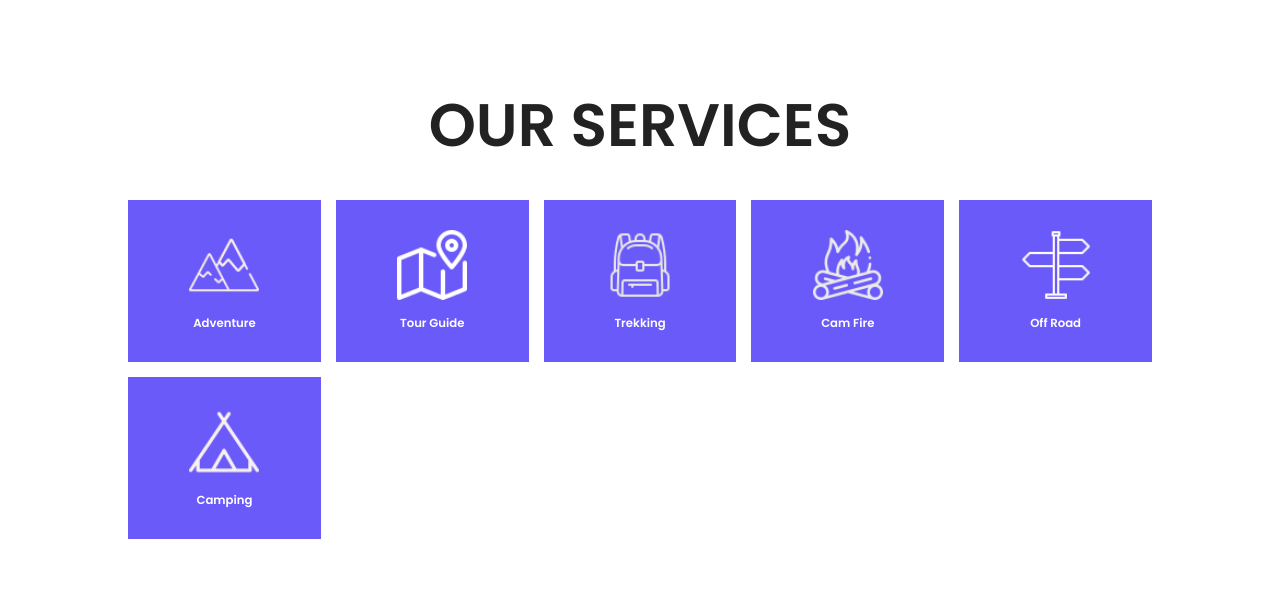
Repository: CTCuong/Traveloka-Web
Page: assets/home.html
These files come from the project's save history. The page is drawn as it stood at one moment and after the next save; the edit follows.
The browser window is 1280 px wide. The pictures show the part of the page from y = 1567 to 2156 px (the page is 2802 px tall before and 2870 px after).
Pictures or frames that could not be fetched are drawn as grey boxes. A picture or video elsewhere on the page could not be fetched, so the positions and the page height are approximate. Backgrounds fixed to the window are drawn as part of the page.

Above is the page before, as saved 2023-07-04 20:50:20.

After the next save:
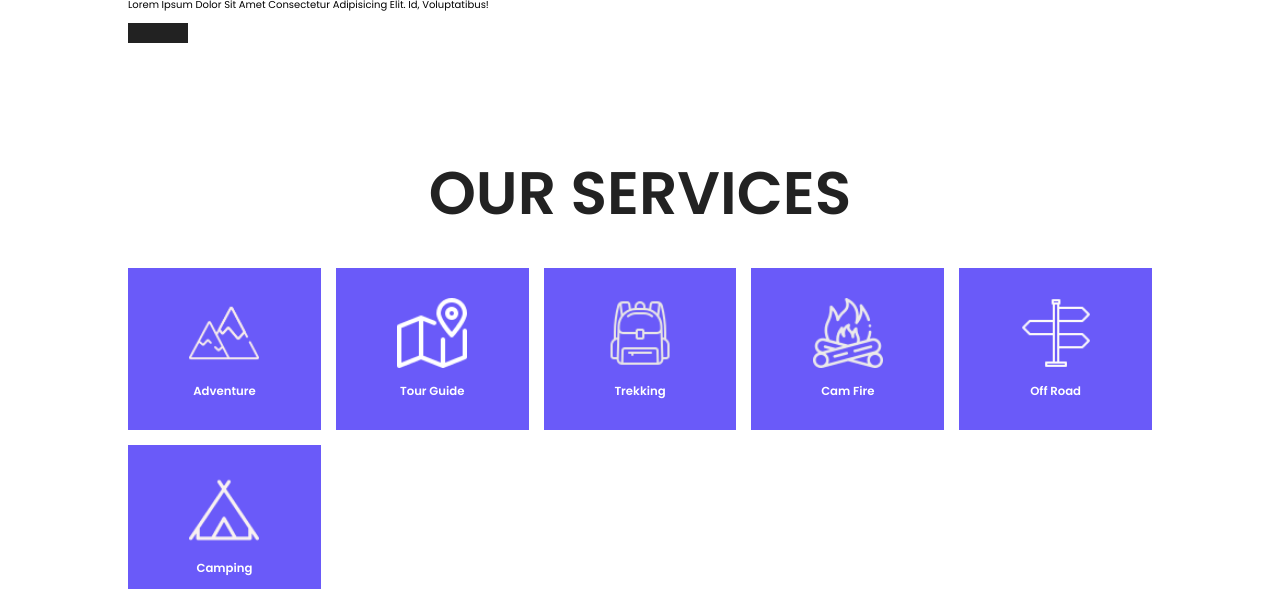
Saved 2 min 12 s later.
--- a/assets/home.html
+++ b/assets/home.html
@@ -95,6 +95,11 @@
                 <div class="image">
                     <img src="/assets/image/Packages/antiques-broad-alley-chinese-sunshine.jpg" alt="">
                 </div>
+                <div class="content">
+                    <h3> adventure & tour </h3>
+                    <p>Lorem ipsum dolor sit amet consectetur adipisicing elit. Id, voluptatibus!</p>
+                    <a href="package.html" class="btn"></a>
+                </div>
             </div>
 
         </div>
